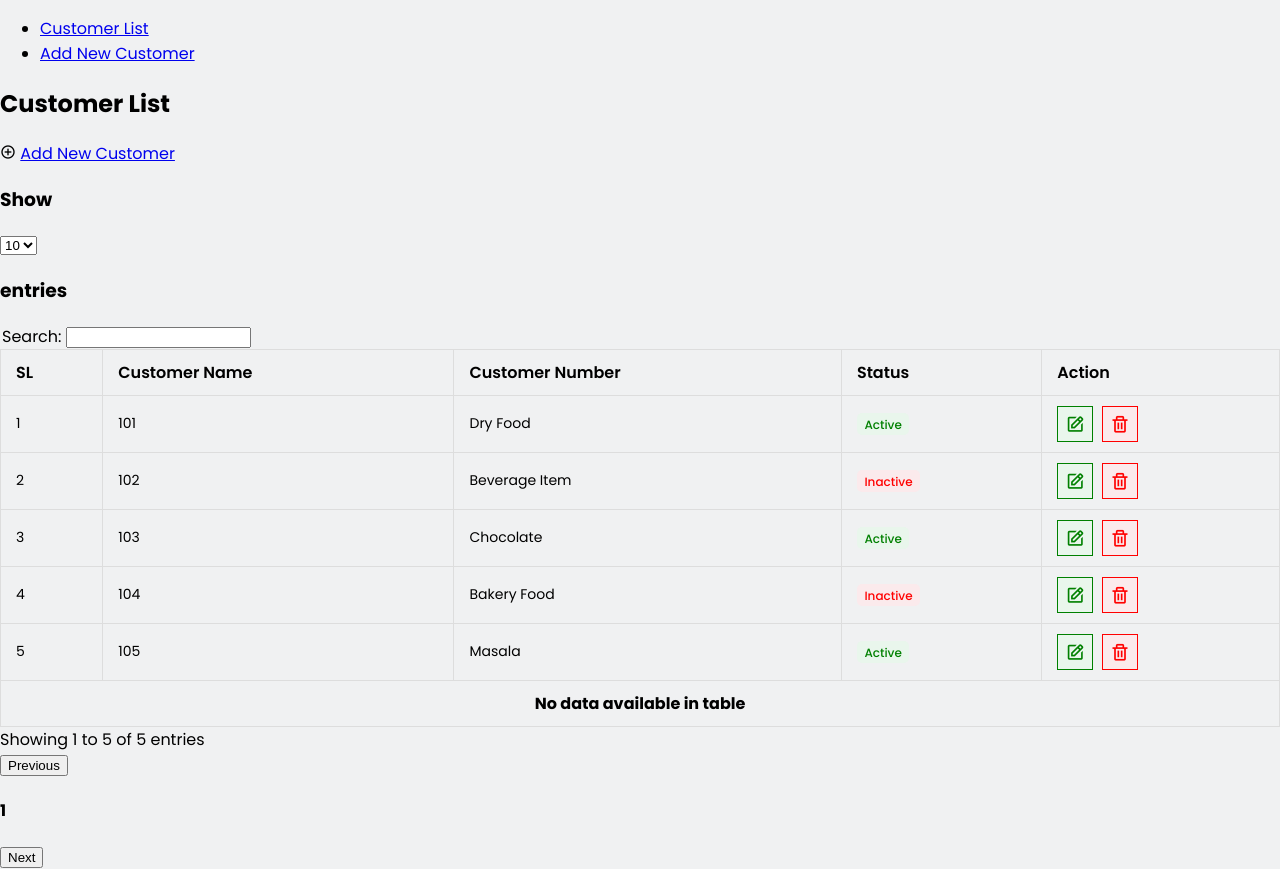
Repository: codebyaddro/customer-page
Page: customer.html
The author's editor kept a copy of each file at every save. The page is drawn from the files as they stood at one save, then again after a run of saves.
The browser window is 1280 px wide. The pictures show the whole page.

Above is the page before, as saved 2025-02-20 13:55:48.

After the next 2 saves:
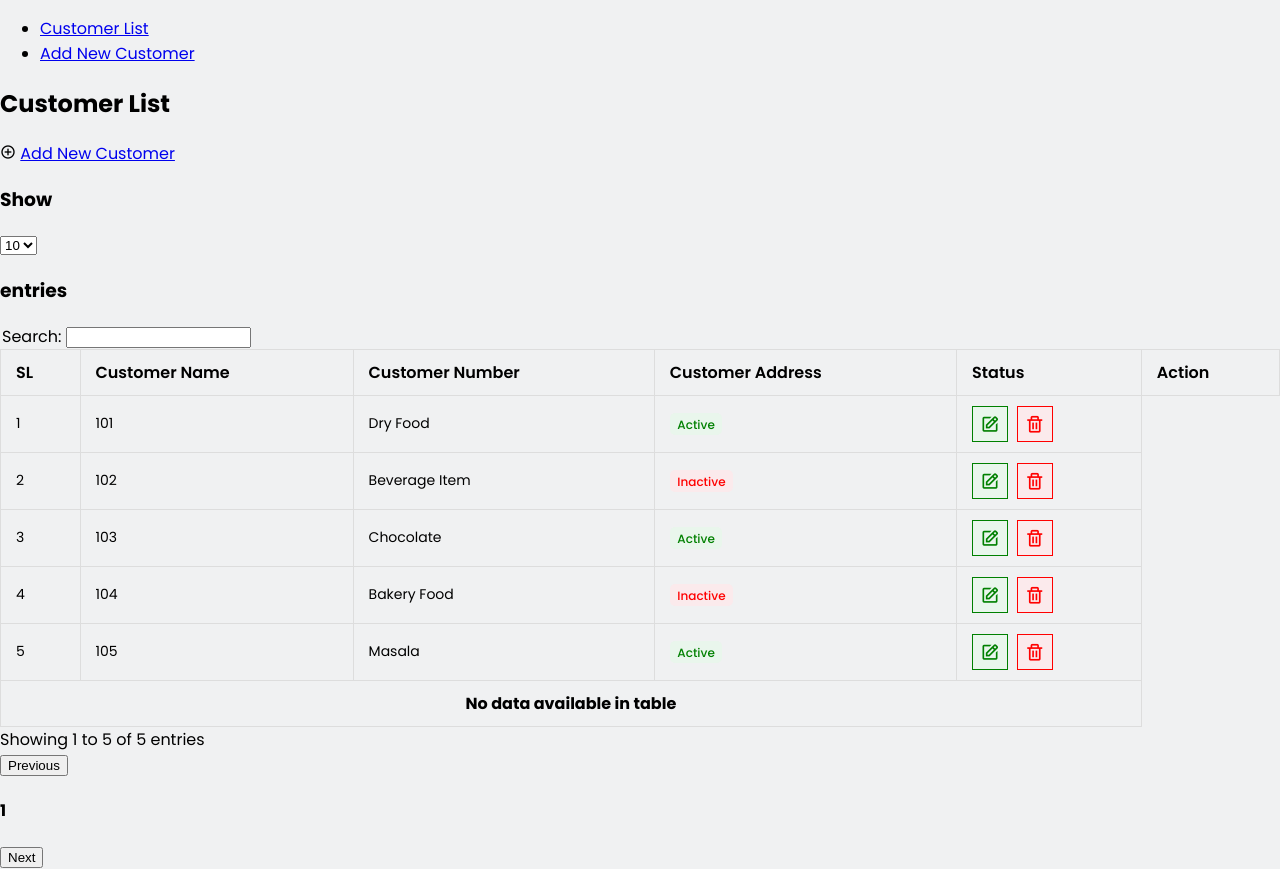
The 2 saves are shown as one change because they came seconds apart.
The last was saved 6 s later.
--- a/customer.html
+++ b/customer.html
@@ -49,6 +49,7 @@
                             <th title="SL">SL</th>
                             <th title="Code">Customer Name</th>
                             <th title="Category Name">Customer Number</th>
+                            <th title="Status">Customer Address</th>
                             <th title="Status">Status</th>
                             <th title="Action">Action</th>
                         </tr>
